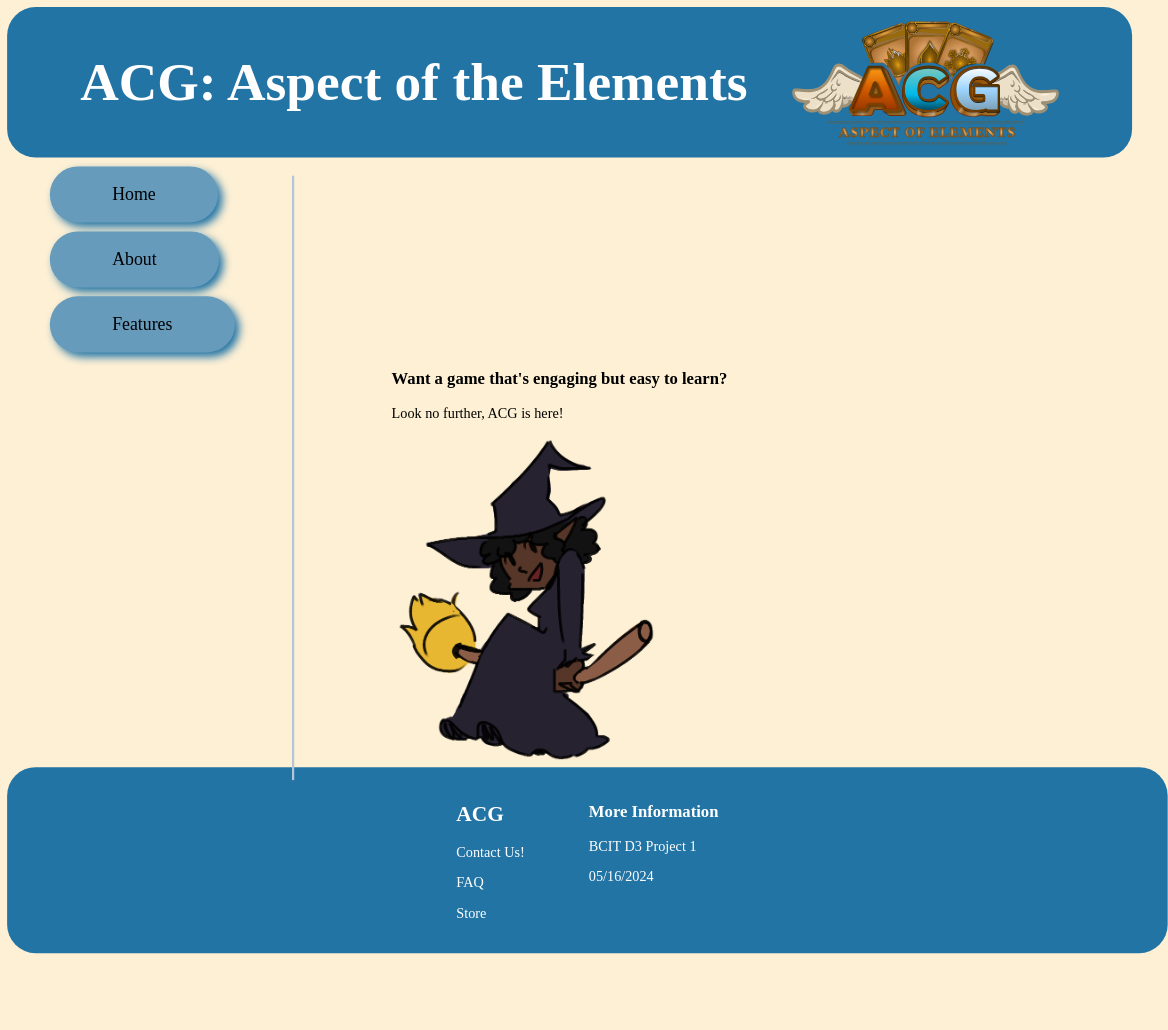
Repository: Delukalgh/ACG
Page: Features.html
An editor plug-in stored every save of this project. The page is shown before and after the next save, followed by the edit.
The browser window is 1280 px wide. The page is 1312 px wide, so the pictures cover 1312 px, including what lies to the right of the window. The pictures show the whole page, at 89% of full size.

Above is the page before, as saved 2024-05-15 15:33:44.

### Features.html
<!DOCTYPE html>
<html lang="en">

<head>
  <meta charset="UTF-8">
  <meta name="viewport" content="width=device-width, initial-scale=1.0">
  <meta http-equiv="X-UA-Compatible" content="ie=edge">
  <title>ACG Home Page</title>
  <link rel="stylesheet" href="features-style.css">
</head>

<body>
  <script src="index.js"></script>
  <div class="main-container">
    <div class="header-container">
      <h1 class="acg-header">ACG: Aspect of the Elements</h1>
      <img class="acg-logo" src="images/ACG-Logo.svg" alt="acg logo" style="width: 300px;" />
    </div>
    <div class="vertical-line"></div>

    <!--Side Menu-->
    <div class="buttons-container">
      <div class="button">
        <a class="link" href="index.html">
          <button class="about-page">Home</button>
        </a>
      </div>
    <div class="button">
      <a class="link" href="about.html">
        <button class="about-page">About</button>
      </a>
    </div>
    <div class="button">
      <a class="link" href="features.html">
        <button class="about-page">Features</button>
      </a>
    </div>
    </div>

    <!--Content-->
    <div class="features-container">
      <div class="content">
      <h3>Want a game that's engaging but easy to learn?</h3>
      <p>Look no further, ACG is here!</p>
        <img src="images/IllustrationWitchGirl.png" width="300px"/>

      </div>
    </div>

    <!--Footer-->
    <div class="footer-container">
      <div class="footer-group-1">
        <h2>ACG</h2>
        <p>Contact Us!</p>
        <p>FAQ</p>
        <p>Store</p>
      </div>

      <div class="footer-group-2">
        <h3>More Information</h3>
        <p>BCIT D3 Project 1</p>
        <p>05/16/2024</p>
      </div>
    </div>
  </div>
</body>

</html>

### features-style.css
body {
  background-color: #FDF0D5;
}

.main-container {
  position: relative;
  min-height: 100vh;
}
.header-container {
  display: flex;
  background-color: #2274A5;
  padding: 10px;
  justify-content: center;
  border-radius: 32px;
}

.acg-header {
  color: white;
  font-family: cursive;
  font-size: 60px;
}

.acg-logo {
  display: flex;
  margin-left: 50px;
}

.vertical-line {
  border-left: 3px solid #B3C5D7;
  height: 42.5em;
  position:absolute;
  margin-left: 20em;
  border-radius: 32px;
  margin-top: 20px;
}
.buttons-container {
  width: fit-content;
}
.button {
  display: flex;
  justify-content: center;
  margin-top: 10px;
  justify-content: left;
  margin-left: 3em;
}

.about-page {
  display: flex;
  background-color: #669BBC;
  padding: 20px 70px;
  border-radius: 32px;
  border: none;
  font-size: 20px;
  font-family: cursive;
  box-shadow: 5px 5px 10px #2274A5;
  cursor: pointer;
}

.link {
  text-decoration: none;
}

.footer-container {
  display: flex;
  background-color: #2274A5;
  padding: 20px;
  justify-content: center;
  border-radius: 32px;

  width: 100%;
  color: white;
  font-family: cursive;
}

.footer-group-1 {
margin-right: 10vh;
height: 100%;
}

.features-container {
  margin-left: 60vh;
  position:relative;

}

Loaded but not shown: index.js (no stored copy; drawn as an empty file)

After the next save:
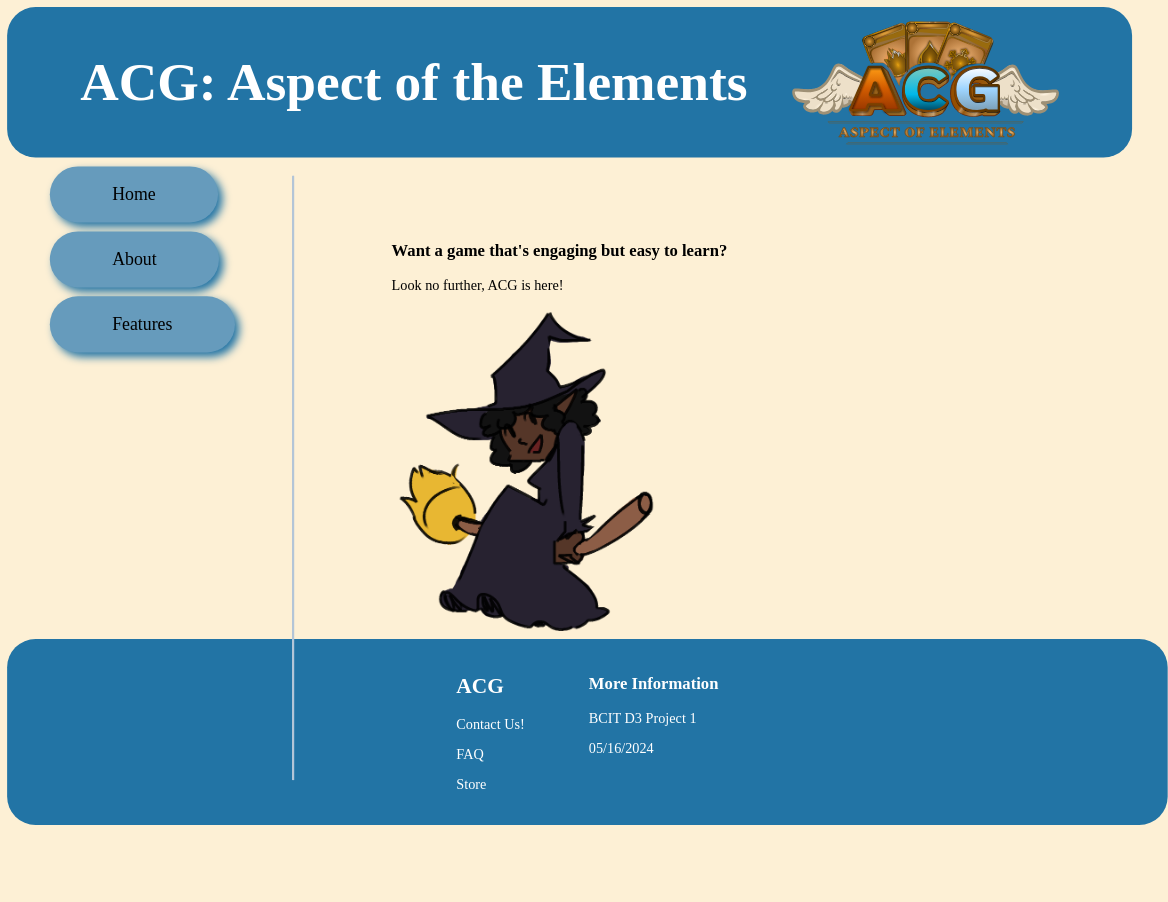
Saved 9 s later.
--- a/features-style.css
+++ b/features-style.css
@@ -80,5 +80,6 @@ height: 100%;
 .features-container {
   margin-left: 60vh;
   position:relative;
+  margin-top: -20vh;
 
 }
